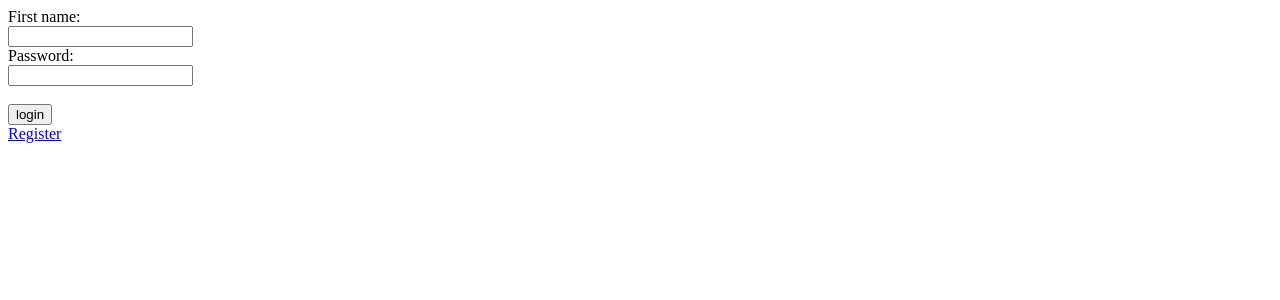
Repository: Ranjithamshivamatta/Java
Page: SessionManagement/WebContent/Index.html
The author's editor kept a copy of each file at every save. The page is drawn from the files as they stood at one save, then again after the next save.
The browser window is 1280 px wide. The pictures show the whole page.

Above is the page before, as saved 2019-04-26 12:36:45.

### SessionManagement/WebContent/Index.html
<!DOCTYPE html>
<html>

<head>
<meta charset="UTF-8">
<title>Login</title>
</head>
<body>
	<form action="Login1" method="POST">

		First name:<br> <input type="text" name="NAME"> <br>
		Password:<br> <input type="password" name="PASSWORD"> <br>
		<br> <input type="submit" value="login"> <br /> <a
			href="Register.html">Register</a>
	</form>
</body>
</html>

After the next save:
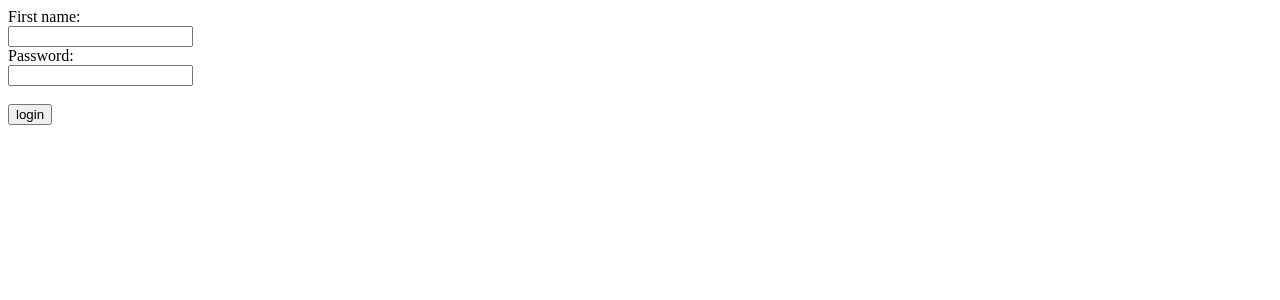
Saved 68 s later.
--- a/SessionManagement/WebContent/Index.html
+++ b/SessionManagement/WebContent/Index.html
@@ -11,7 +11,7 @@
 		First name:<br> <input type="text" name="NAME"> <br>
 		Password:<br> <input type="password" name="PASSWORD"> <br>
 		<br> <input type="submit" value="login"> <br /> <a
-			href="Register.html">Register</a>
+
 	</form>
 </body>
 </html>
